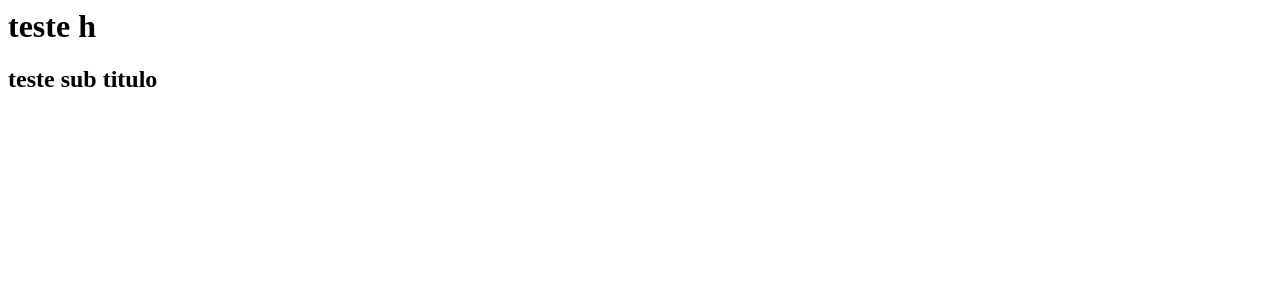
Repository: marine1988/mytheme-wp
Page: http://localhost/
An editor plug-in stored every save of this project. The page is shown before and after the next save, followed by the edit.
The browser window is 1280 px wide. The pictures show the whole page.
The page is run by PHP 8.4 with error messages shown; the project is at /var/www/html/.

Above is the page before, as saved 2016-10-13 01:57:07.

### index.php
<?php
?>
<h1>teste h</h1>
<h2>teste sub titulo</h2>

After the next save:
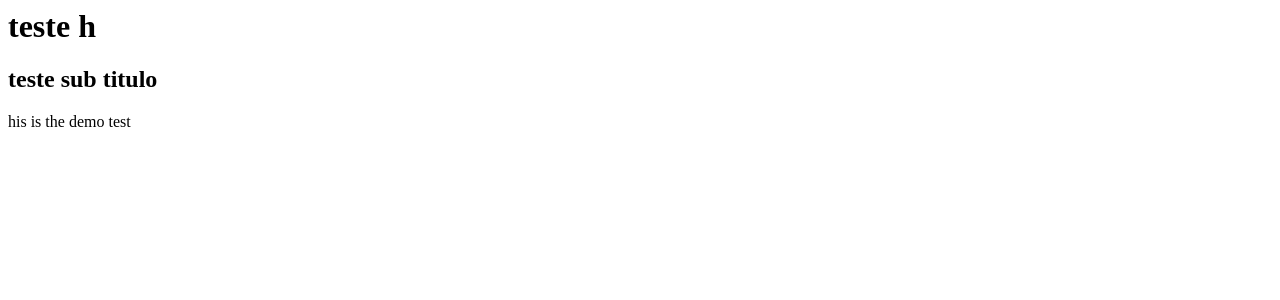
Saved 2 min 49 s later.
--- a/index.php
+++ b/index.php
@@ -2,3 +2,4 @@
 ?>
 <h1>teste h</h1>
 <h2>teste sub titulo</h2>
+<span>his is the demo test</span>
